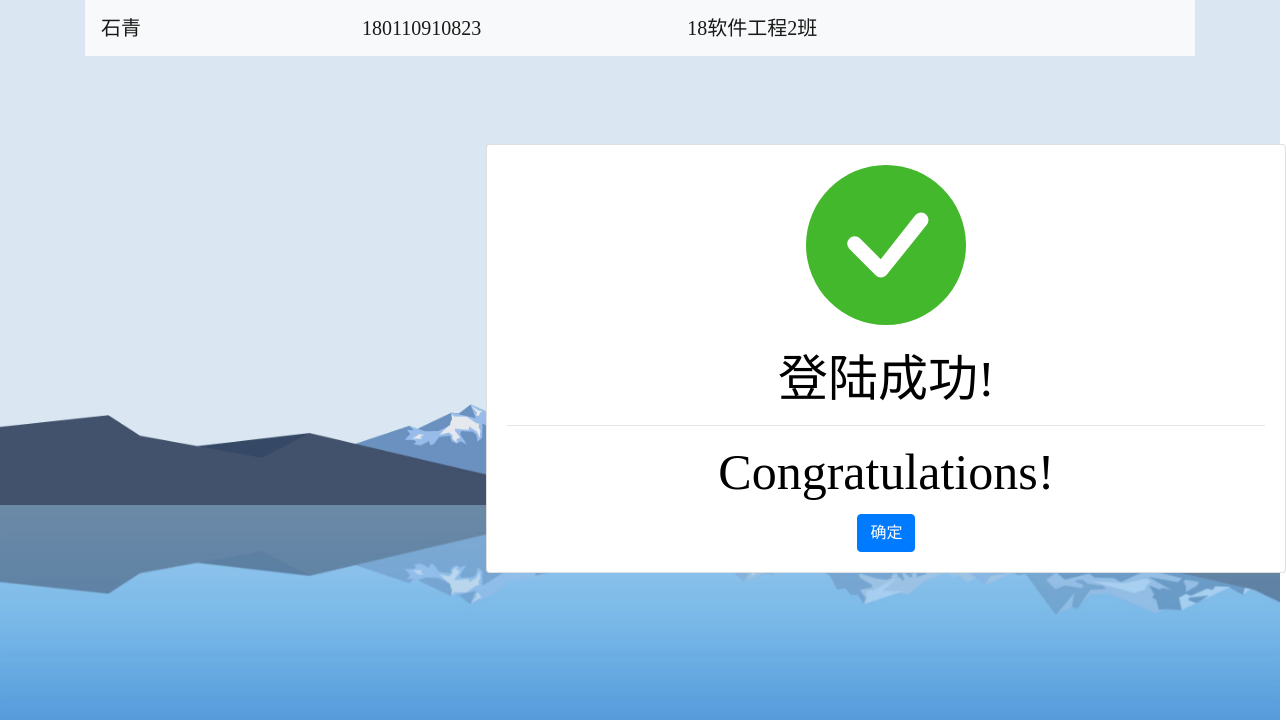
Repository: sqsssq/JavaWeb
Page: class1/IDEA/web/successful.html
The author's editor kept a copy of each file at every save. The page is drawn from the files as they stood at one save, then again after the next save.
The browser window is 1280 px wide. The page is 1286 px wide, then 1280 px, so the pictures cover 1286 px, including what lies to the right of the window. The pictures show the whole page.

Above is the page before, as saved 2020-09-25 00:49:57.

After the next save:
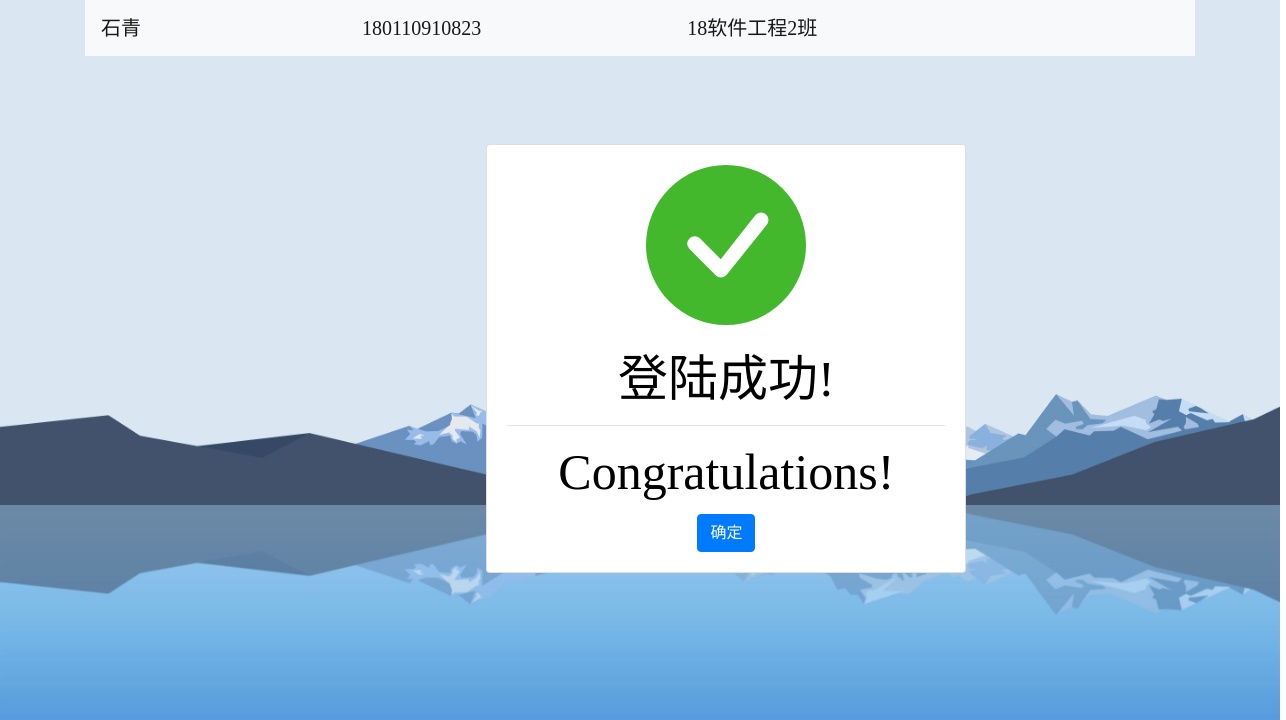
Saved 13 s later.
--- a/class1/IDEA/web/successful.html
+++ b/class1/IDEA/web/successful.html
@@ -1,7 +1,7 @@
 <!--
  * @Author: your name
  * @Date: 2020-09-23 10:46:47
- * @LastEditTime: 2020-09-25 00:49:57
+ * @LastEditTime: 2020-09-25 00:50:10
  * @LastEditors: Please set LastEditors
  * @Description: In User Settings Edit
  * @FilePath: \IDEA\web\successful.html
@@ -54,7 +54,7 @@
 
             <!--    <form>-->
             <div class="card"
-                style="width: 50rem; position:absolute; left: 38%; float: left; top: 20%; background-color: white;">
+                style="width: 30rem; position:absolute; left: 38%; float: left; top: 20%; background-color: white;">
                 <div class="card-body" style="text-align: center;">
 
                     <!-- <img src="..." class="card-img-top" alt="..."> -->
